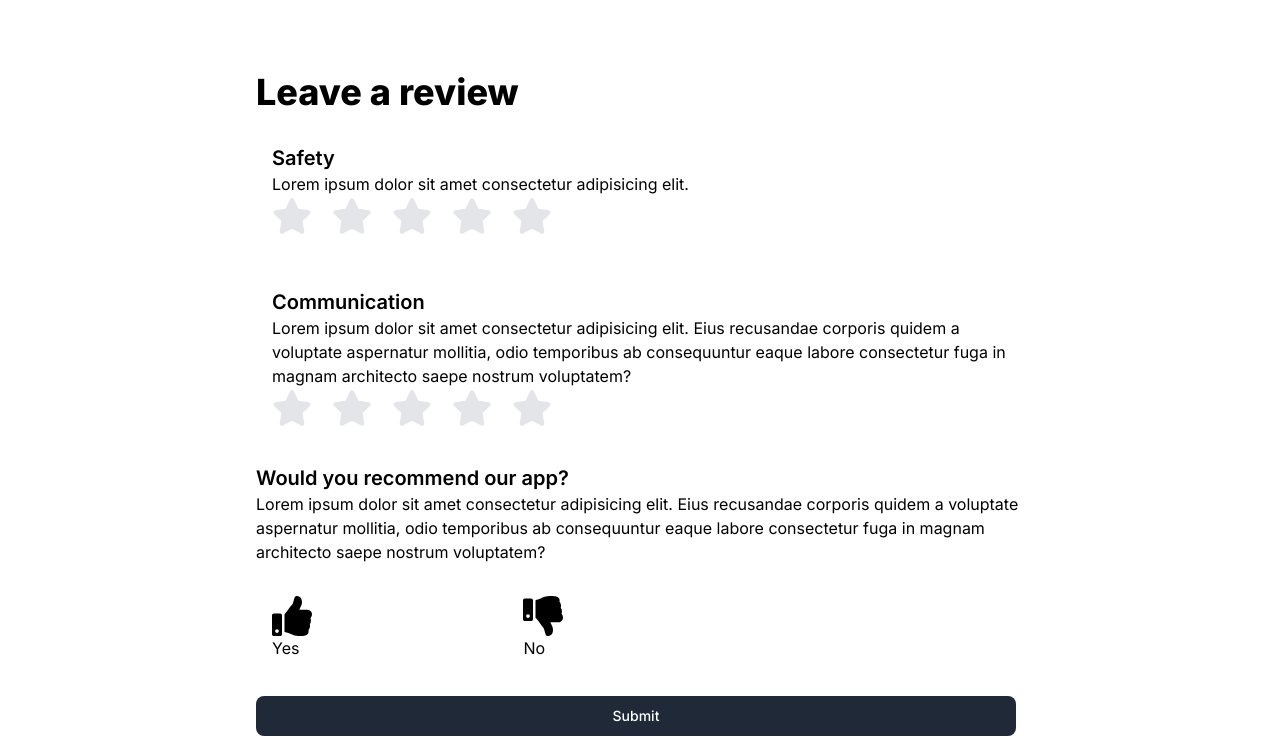
Repository: akankshaajoshi/review-form
Page: /review
An editor plug-in stored every save of this project. The page is shown before and after the next save, followed by the edit.
The browser window is 1280 px wide. The pictures show the whole page.
The project was rebuilt for these pictures with package versions that can differ from the ones it lists, and the page was loaded fresh each time. The framework's server and built-in components were replaced by stand-ins that run in the browser. Also part of the build but not shown: next.config.mjs.

Above is the page before, as saved 2024-05-25 13:52:43.

### app/(routes)/review/page.tsx
'use client'

import { useFormState, useFormStatus } from "react-dom";
import {createReview} from "@/app/actions"
import StarRating from "./../../_components/StarRatings"
import TrueOrFalse from './../../_components/TrueOrFalse'

const initialState = {
    message: "",
    type: "",
}

function SubmitButton(){
    const {pending} = useFormStatus();
    return (
        <button type="submit" className="text-white bg-gray-800 hover:bg-gray-900 focus:outline-none focus:ring-4 focus:ring-gray-300 font-medium rounded-lg text-sm px-5 py-2.5 me-2 mb-2 dark:bg-gray-800 dark:hover:bg-gray-700 dark:focus:ring-gray-700 dark:border-gray-700" aria-disabled={pending}>
            Submit
        </button>
    )
}

export default function Review(){
    const ratings = [1, 2, 3, 4, 5];
    const [state, formAction] = useFormState(createReview, initialState);
    return (
        <div className="flex flex-col items-center w-[100vw] h-[100vh]">
            <div className="flex flex-col gap-y-4 items-left mt-[10vh] h-[80vh] w-[60vw]">
            <h2 className="text-4xl font-extrabold">Leave a review</h2>
            {state?.type === "success" && <p className="text-lg p-2 text-white rounded-md bg-green-500">{state?.message}</p>}
            {state?.type === "error" && <p className="text-lg p-2 text-white rounded-md bg-red-500">{state?.message}</p>}
            <form action={formAction} className="flex flex-col lg:gap-y-[20px] sm:gap-y-[30px]">
                <fieldset className="p-4">
                    <label htmlFor="safety" className="text-xl font-semibold">Safety</label>
                    <p>Lorem ipsum dolor sit amet consectetur adipisicing elit. </p>
                    <StarRating name="safety"/>
                </fieldset>
                <fieldset className='p-4'>
                    <label htmlFor="communication" className="text-xl font-semibold">Communication</label>
                    <p>Lorem ipsum dolor sit amet consectetur adipisicing elit. Eius recusandae corporis quidem a voluptate aspernatur mollitia, odio temporibus ab consequuntur eaque labore consectetur fuga in magnam architecto saepe nostrum voluptatem?</p>
                    <StarRating name="communication"/>
                </fieldset>
                <fieldset>
                    <label htmlFor="recommend" className="text-xl font-semibold">Would you recommend our app? </label>
                    <p>Lorem ipsum dolor sit amet consectetur adipisicing elit. Eius recusandae corporis quidem a voluptate aspernatur mollitia, odio temporibus ab consequuntur eaque labore consectetur fuga in magnam architecto saepe nostrum voluptatem?</p>
                    <TrueOrFalse name="recommend"/>
                </fieldset>
                <SubmitButton/>
            </form>
            </div>
        </div>
    )
}

### app/actions.tsx
'use server'

import {revalidatePath} from "next/cache";
import {sql} from "@vercel/postgres"
import {z} from 'zod'
// CREATE TABLE reviews (
//     id SERIAL PRIMARY KEY,
//      safety INTEGER NOT NULL,
//     communication INTEGER NOT NULL,
//      recommend VARCHAR(5) NOT NULL );
export async function createReview(prevState: {message: string, type: string}, formData: FormData){

    const schema = z.object({
        safety: z.number(),
        communication: z.number(),
        recommend: z.string(),
    })
    const parse = schema.safeParse({
        safety: Number(formData.get('safety')),
        communication: Number(formData.get('communication')),
        recommend: formData.get('recommend'),
    })

    if (!parse.success) {
        console.log("incorrect parse")
        return { message: "Failed to create review", type: "error" };
      }

    const data = parse.data

    try{
        await sql`
        INSERT INTO reviews(safety, communication, recommend) VALUES (${data.safety}, ${data.communication}, ${data.recommend})
        `
        // revalidatePath('/reviews/' )
        return {message: `Added review successfully.`, type: "success"}
    }catch(err){
        console.log(err)
        return {message: `Failed to add review.`, type: "error"}
    }
}

### app/_components/StarRatings/index.tsx
import {FaStar} from "react-icons/fa"
import React, { useState } from "react";

interface StarProps {
  name: string;
};

const Index : React.FC<StarProps> = ({name}) => {
  const [rating , setRating] = useState<number>(0);
  const [hover, setHover] = useState<number>(0);
  return (
    <div className="flex flex-row lg:gap-x-5 sm:gap-x-3">
      {[...Array(5)].map((star, index) =>{
        const currentRating: number = index+1;
        return (
          <label key={index}>
            <input type="radio" name={name}
            className="hidden"
            value={index+1}
            onClick={()=>setRating(currentRating)}>
            </input>
            <FaStar className="star" size={40} color={currentRating <= (hover || rating) ? "#ffc107" : "#e4e5e9"}
            onMouseEnter={()=>setHover(currentRating)}
            onMouseLeave={()=>setHover(0)}
            ></FaStar>
          </label>
        )
      })}
    </div>
  )
}

export default Index

### app/_components/TrueOrFalse/index.tsx
import { FaThumbsDown, FaThumbsUp } from "react-icons/fa";
import { useState } from "react";

interface TrueOrFalseProps {
    name: string;
}

const TrueOrFalse : React.FC<TrueOrFalseProps> = ({name}) =>{
    const [selected, setSelected] = useState<string>("");
    return (
        <div className="flex flex-row gap-x-4 pt-4">
          <label className={`w-[30%] rounded-md mr-[5px] p-4 bg-${selected==='true'?  "green": "" }-500`}>
            <input type="radio" name={name}
            className="hidden"
            value="true"
            onClick={()=>setSelected("true")}
            >
            </input>
            <FaThumbsUp size={40}
            ></FaThumbsUp>
            Yes
          </label>
          <label className={`w-[30%] rounded-md mr-[5px] p-4 bg-${selected==='false'?  "red": "" }-500`}>
            <input type="radio" name={name}
            className="hidden"
            value="false"
            onClick={()=>setSelected("false")}>
            </input>
            <FaThumbsDown className="star" size={40}
            ></FaThumbsDown>
            No
          </label>
        </div>
    )
}

export default TrueOrFalse;

Loaded but not shown: app/layout.tsx (common file); app/globals.css (common file); tailwind.config.ts (common file)

After the next save:
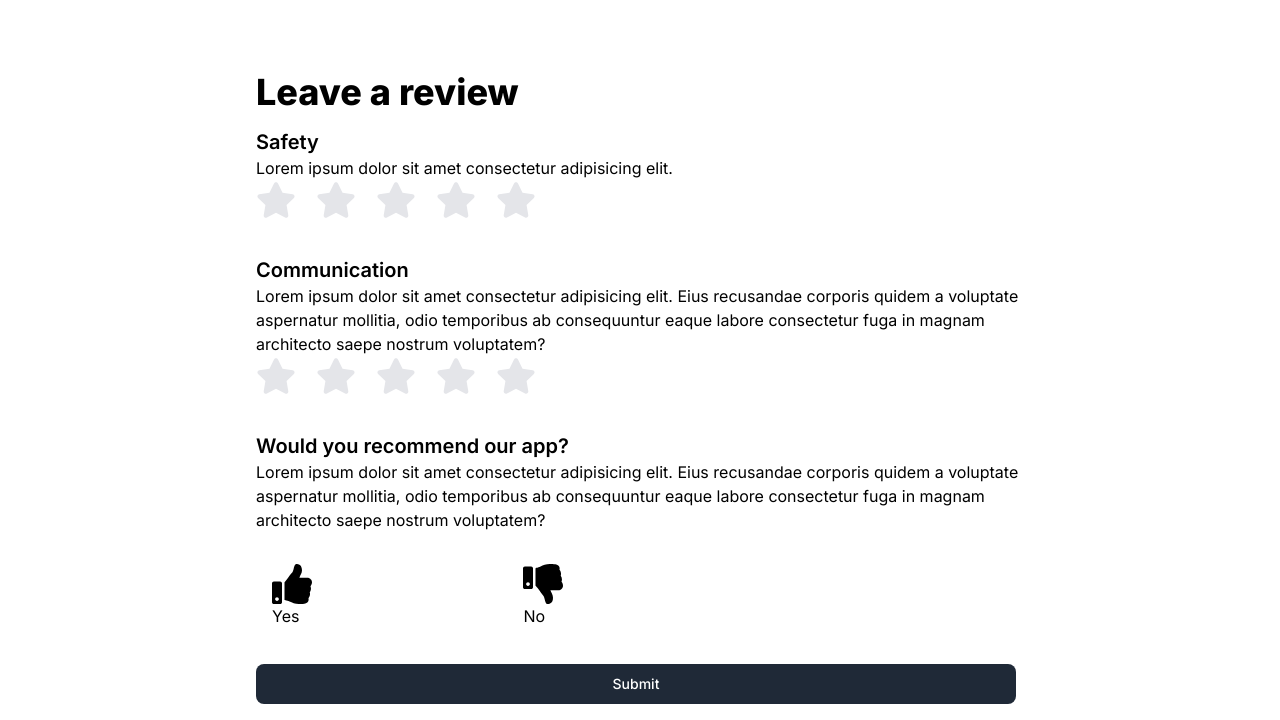
Saved 14 s later.
--- a/app/(routes)/review/page.tsx
+++ b/app/(routes)/review/page.tsx
@@ -29,12 +29,12 @@ export default function Review(){
             {state?.type === "success" && <p className="text-lg p-2 text-white rounded-md bg-green-500">{state?.message}</p>}
             {state?.type === "error" && <p className="text-lg p-2 text-white rounded-md bg-red-500">{state?.message}</p>}
             <form action={formAction} className="flex flex-col lg:gap-y-[20px] sm:gap-y-[30px]">
-                <fieldset className="p-4">
+                <fieldset className="pb-4">
                     <label htmlFor="safety" className="text-xl font-semibold">Safety</label>
                     <p>Lorem ipsum dolor sit amet consectetur adipisicing elit. </p>
                     <StarRating name="safety"/>
                 </fieldset>
-                <fieldset className='p-4'>
+                <fieldset className='pb-4'>
                     <label htmlFor="communication" className="text-xl font-semibold">Communication</label>
                     <p>Lorem ipsum dolor sit amet consectetur adipisicing elit. Eius recusandae corporis quidem a voluptate aspernatur mollitia, odio temporibus ab consequuntur eaque labore consectetur fuga in magnam architecto saepe nostrum voluptatem?</p>
                     <StarRating name="communication"/>
